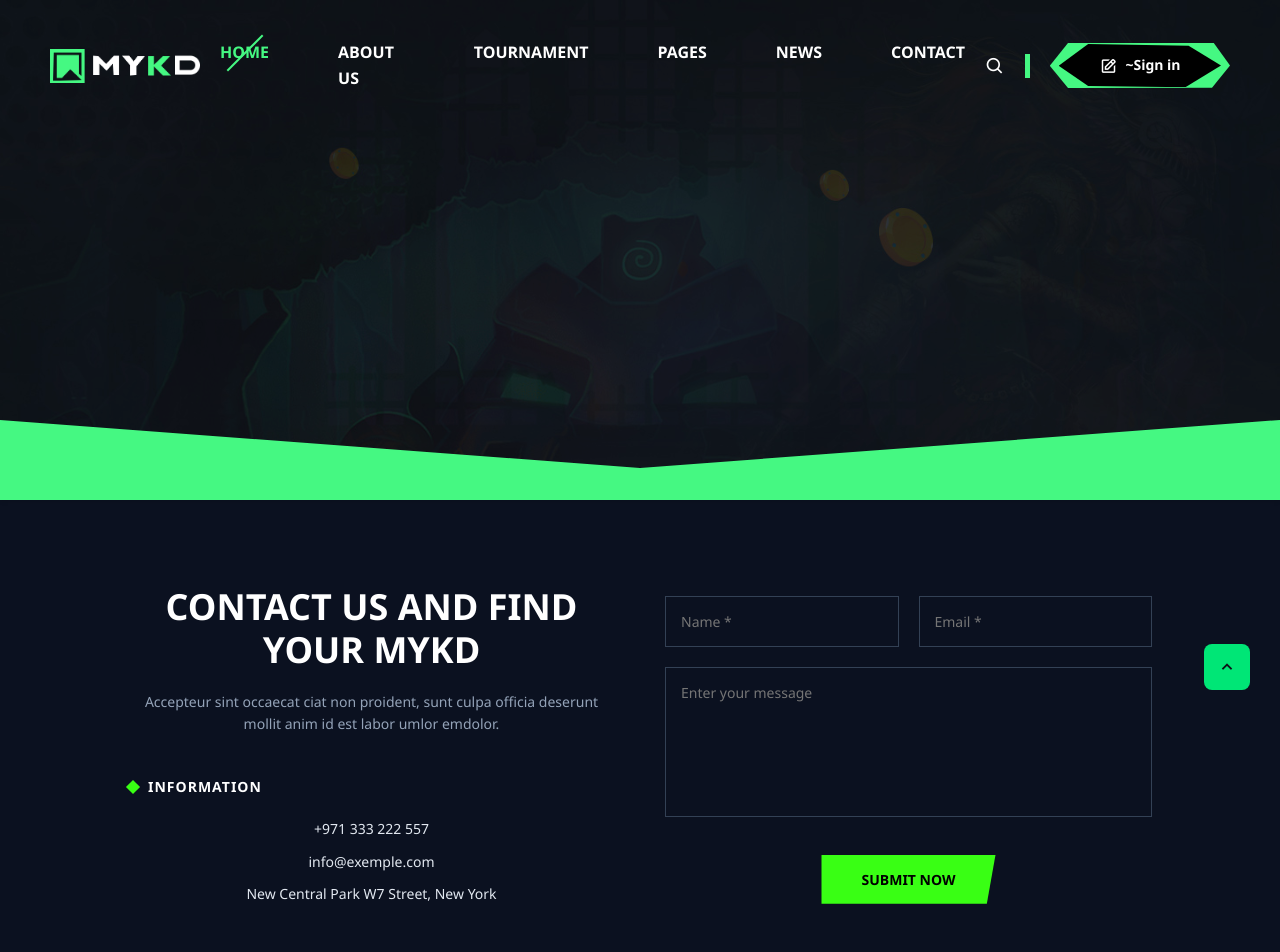
Repository: elfahl52/-MYKD-eSport-and-Gaming
Page: contact.html
An editor plug-in stored every save of this project. The page is shown before and after a run of saves, followed by the edit.
The browser window is 1280 px wide. The pictures show the part of the page from y = 0 to 952 px (the page is 1882 px tall).
Some web fonts or font styles are not loaded; a fallback is used.

Above is the page before, as saved 2026-06-11 08:28:25.

After the next 2 saves:
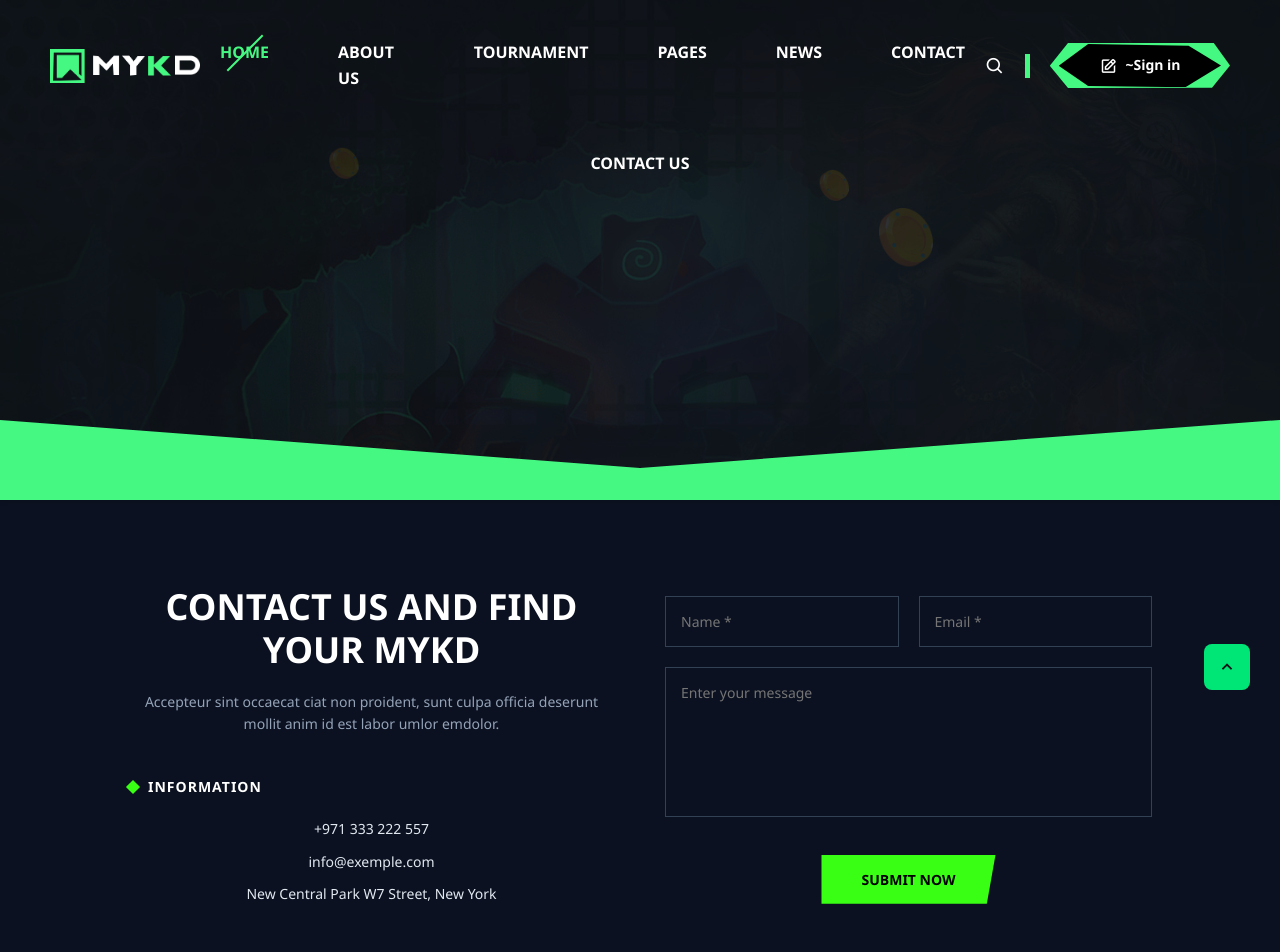
The 2 saves are shown as one change because they came seconds apart.
The last was saved 12 s later.
--- a/contact.html
+++ b/contact.html
@@ -193,7 +193,7 @@
 
            <!-- content -->
           <div class="content">
-           <p></p>
+           <b>Contact us</b>
           </div>
         <!-- Mobile Menu Overlay -->
         <div class="mobile-menu" id="mobileMenu">
